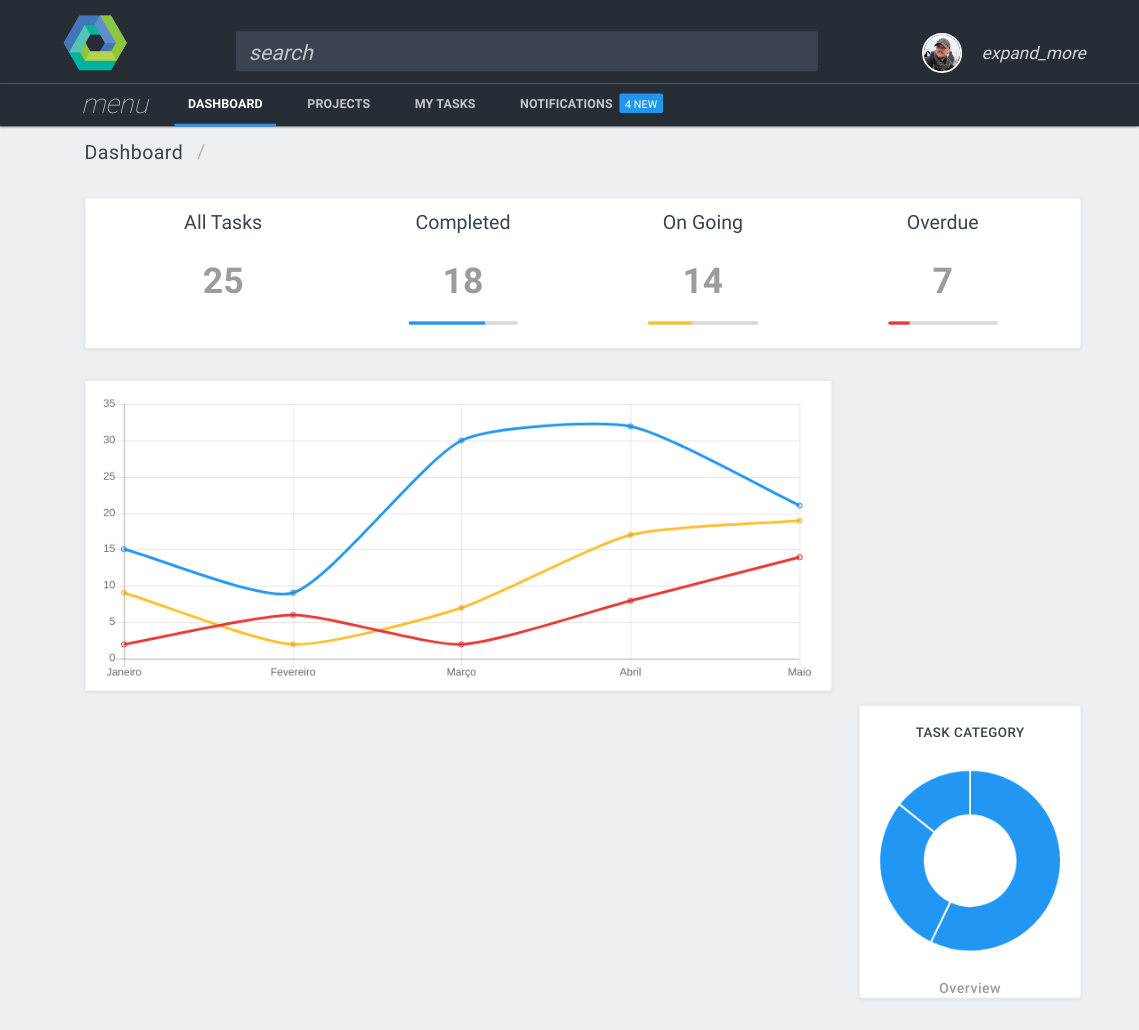
Repository: RenanChagas/ProjectManagement
Page: http://localhost/finalproject/WEB-INF/views/dashboard.jsp
An editor plug-in stored every save of this project. The page is shown before and after the next save, followed by the edit.
The browser window is 1280 px wide. The pictures show the whole page, at 89% of full size.
The page is served by Tomcat 9. Nobody is signed in. Other server files are loaded and not shown. The template is opened directly, without the code that normally fills it, so the values that code supplies are empty.

Above is the page before, as saved 2017-08-27 19:27:27.

### finalproject/src/main/webapp/WEB-INF/views/dashboard.jsp
<%@ page language="java" contentType="text/html; charset=ISO-8859-1" pageEncoding="ISO-8859-1"%>
<%@ taglib prefix="c" uri="http://java.sun.com/jsp/jstl/core"%>
<%@ taglib prefix="form" uri="http://www.springframework.org/tags/form"%>
<%@ taglib prefix="t" uri="http://www.springframework.org/tags"%>

<!DOCTYPE html>
<html lang="en">
<head>
  <meta http-equiv="Content-Type" content="text/html; charset=UTF-8"/>
  <meta name="viewport" content="width=device-width, initial-scale=1, maximum-scale=1.0"/>
  <title>Course Management</title>

  <!-- CSS  -->
  <link href="https://fonts.googleapis.com/icon?family=Material+Icons" rel="stylesheet">
  <link type="text/css" rel="stylesheet" media="screen,projection" href="<c:url value='/static/css/materialize.css' />"/>
  <link type="text/css" rel="stylesheet" media="screen,projection" href="<c:url value='/static/css/custom-css.css' />"/>

  <!--  Scripts-->
  <script src="<c:url value="/static/js/jquery-2.1.1.min.js" />"></script>
  <script src="<c:url value="/static/js/materialize.js" />"></script>
  <script src="<c:url value="/static/js/Chart.js" />"></script>
  <script src="<c:url value="/static/js/menu.js" />"></script>

  <!-- Website Logo -->
  <link rel="icon" href="<c:url value="/static/images/default/logo.png"/>">

</head>
<body>

	<!-- NAV TOP  -->
	<nav id="logo_nav" class="MDC-navbar-style MDC-shadow-0 hide-on-small-and-down">
    	<div class="nav-wrapper MDC-nav-margin">
    		<!--  NAV CONTAINER -->
      		<div class="row MDC-nav-top-container ">

        	<!-- Logo -->
        	<div class="col s12 m3 l2">
          		<div class="MDC-nav-logo-position">
          			<img src="<c:url value="/static/images/default/logo.png"/>" class="MDC-nav-logo-size"/>
          		</div>
        	</div>

        	<!-- Search -->
        	<div class="col s12 m7 l7">
          		<div class="MDC-nav-search-position">
            	<form>
              		<div class="input-field">
                		<input id="search" type="search" class="MDC-nav-search-focus" required>
                		<label class="label-icon" for="search"><i class="material-icons MDC-nav-search-focus">search</i></label>
                  		<i class="material-icons MDC-nav-search-focus">close</i>
              		</div>
            	</form>
          		</div>
        	</div>

        	<!-- Avatar -->
        	<div class="col s12 m2 l3">
          		<div class="MDC-nav-account-position">
	            	<!-- Dropdown Trigger -->
	            	<a class="dropdown-button " data-beloworigin="true"
	               		href='#' data-activates='account-dropdown'>
	               		<div class="MDC-nav-account-option-position hide-on-med-and-down">
	                		 <i class="material-icons MDC-icon-small MDC-color-grey-light">expand_more</i>
	               		</div>
	               		<span class="MDC-login-text MDC-nav-account-text-position
	               					MDC-color-grey-light hide-on-med-and-down">
	                 	${user.username}
	               		</span>
	               		<img src="<c:url value="/static/images/users/renanchagasw/renanchagasw.png"/>"
	               				class="MDC-avatar-circle-small mdc-nav-avatar-position"/>
	            	</a>
	            	<!-- Dropdown Structure -->
	            	<ul id='account-dropdown' class='dropdown-content MDC-nav-account-dropdown-position'>
	              		<li><a id="profile" class="modal-trigger MDC-color-grey-dark-2 MDC-font-15" href="profile">Profile</a></li>
	              		<li><a class="MDC-color-grey-dark-2 MDC-font-15" href="#!">Report a Problem</a></li>
	              		<li class="divider"></li>
	              		<li><a class="MDC-color-grey-dark-2 MDC-font-15" href="logout">Logout</a></li>
	            	</ul>
          		</div>
        	</div>

			</div>
			<!--  NAV CONTAINER - END-->
		</div>
	</nav>
	<!-- NAV TOP - END -->

  <!-- NAV MENU  -->
  <div class="MDC-menu-fullWidth">
    <div class="MDC-shadow-bottom">
      <header class="MDC-shadow-bottom">
        <nav id="menu_nav" class="MDC-navbar-menu-size MDC-navbar-style MDC-shadow-0 MDC-nav-margin">
          <div class="nav-wrapper MDC-nav-margin MDC-left">
            <!-- MENU ROW -->
            <div class="row">
              <div class="col">
                <div class="MDC-nav-menu-container">

                  <ul id="nav-mobile" class="MDC-nav-menu-ul left left-align">
                    <a href="#" id="mobile-icon" onclick="openNav()" class="left MDC-padding-mobile-0
                    MDC-hover-none">
                      <i class="material-icons MDC-nav-tabs-icon MDC-color-grey-light">
                        menu
                      </i>
                    </a>
                    <li class="MDC-navbar-menu"><a class="active MDC-navbar-active" href="dashboard">Dashboard</a></li>
                    <li class="MDC-navbar-menu"><a href="#!">Projects</a></li>
                    <li class="MDC-navbar-menu"><a href="#!">My Tasks</a></li>
                    <li class="MDC-navbar-menu"><a  href="#!">Notifications
                      <span class="new badge MDC-notification-badge-style" data-badge-caption="">
                        <font class="MDC-font-weight-400">4 NEW</font>
                      </span>
                      </a>
                    </li>
                  </ul>
                  <div id="mySidenav" class="MDC-sidenav">
                    <a href="javascript:void(0)" class="MDC-closebtn" onclick="closeNav()">x</a>
                    <a href="#">About</a>
                    <a href="#">Services</a>
                    <a href="#">Clients</a>
                    <a href="#">Contact</a>
                  </div>

                </div>
              </div>
            </div>
            <!-- MENU ROW - END -->
          </div>
        </nav>
      </header>
    </div>
  </div>
  <!-- NAV MENU - END -->

  <!-- TITLE PAGE -->
  <div class="row  MDC-page-center MDC-page-container">
    <div class="col MDC-padding-0 left">
      <div class="MDC-page-title-size">
        <font class="MDC-h5-style MDC-color-grey-dark-2 MDC-display-inline">Dashboard</font>
        <font class="MDC-h5-style MDC-color-grey-light-2 MDC-display-inline MDC-relative
                     MDC-news-counterBar-position">/
        </font>
        <font class="MDC-h5-style MDC-color-blue MDC-display-inline">${user.username}</font>

      </div>
    </div>
  </div>
  <!-- TITLE PAGE - END -->

  <!-- RESUME CONTAINER -->
  <div class="MDC-page-center MDC-page-container">
    <!-- RESUME CONTENT -->
    <div class="row MDC-page-margin-top">
      <div class="col l12 MDC-padding-0 MDC-margin-right40">
        <div class="MDC-card MDC-dashboard-card-size">
          <div class="MDC-card-news-container">

            <!-- All Courses -->
            <div class="col l3">
              <div class="row center">
                <font class="MDC-font-22 MDC-color-grey-dark-2">
                  All Tasks
                </font>
              </div>
              <div class="row center">
                <font class="MDC-font-60 MDC-font-bold MDC-color-grey">
                  25
                </font>
              </div>
            </div>

            <!-- Completed Courses -->
            <div class="col l3">
              <div class="row center">
                <font class="MDC-font-22 MDC-color-grey-dark-2">
                  Completed
                </font>
              </div>
              <div class="row center">
                <font class="MDC-font-60 MDC-font-bold MDC-color-grey ">
                  18
                </font>
                <div class="progress MDC-progressBar-50 MDC-margin-0 MDC-top15 MDC-background-grey-light">
                  <div class="determinate" style="width: 70%"></div>
                </div>
              </div>
            </div>

            <!-- Missing Courses -->
            <div class="col l3">
              <div class="row center">
                <font class="MDC-font-22 MDC-color-grey-dark-2">
                  On Going
                </font>
              </div>
              <div class="row center">
                <font class="MDC-font-60 MDC-font-bold MDC-color-grey ">
                  14
                </font>
                <div class="progress MDC-progressBar-50 MDC-margin-0 MDC-top15 MDC-background-grey-light">
                  <div class="determinate yellow darken-2" style="width: 40%"></div>
                </div>
              </div>
            </div>

            <!-- Overdue Courses -->
            <div class="col l3">
              <div class="row center">
                <font class="MDC-font-22 MDC-color-grey-dark-2">
                  Overdue
                </font>
              </div>
              <div class="row center">
                <font class="MDC-font-60 MDC-font-bold MDC-color-grey ">
                  7
                </font>
                <div class="progress MDC-progressBar-50 MDC-margin-0 MDC-top15 MDC-background-grey-light">
                  <div class="determinate red darken-1" style="width: 20%"></div>
                </div>
              </div>
            </div>

          </div>
        </div>
      </div>
    </div>
    <!-- RESUME CONTENT - END -->

    <!-- Graphics -->
    <div class="row">
      <div class="col l9 MDC-padding-0 MDC-margin-right40">
        <div class="MDC-card MDC-dashboardGraphics-card-size">
          <div class="MDC-card-news-container">

            <div>
                <canvas class="MDC-margin-top20" id="chartjs-0" width="100" height="320"></canvas>
            </div>
            <script>
            new Chart(document.getElementById("chartjs-0"), {
              type: 'line',
              data: {
                labels: ["Janeiro", "Fevereiro", "Março", "Abril", "Maio"],
                datasets: [
                  {
                    label: "Tasks Completed",
                    borderColor: "#2196F3",
                    data: [15,9,30,32,21],
                    fill: false,
                    lineTension: 0.2
                  },
                  {
                    label: "Tasks Ovedue",
                    borderColor: "#e53935",
                    data: [2,6,2,8,14],
                    fill: false,
                    lineTension: 0.2
                  },
                  {
                    label: "Tasks On Going",
                    borderColor: "#fbc02d",
                    data: [9,2,7,17,19],
                    fill: false,
                    lineTension: 0.2
                  }
                ]
              },
              "options":{
                "legend": {
                  display: false
                },
                "responsive": true,
                "maintainAspectRatio": false,
                "scales": {
                  "xAxes": [{
                            "gridLines": {
                              display:true
                            }
                  }],
                  "yAxes": [{
                            "gridLines": {
                              display:true
                            }
                            }]
                  }
              }
            });

            </script>

          </div>
        </div>
      </div>

      <!-- Courses -->
      <div class="col MDC-padding-0 right">
        <div class="MDC-card MDC-course-card-size">

          <!-- Task Title -->
          <div class="row center MDC-margin-top10">
            <font class="truncate MDC-font-15 MDC-color-grey-dark-2 MDC-font-h1">
                Task Category
              </font>
          </div>

          <!-- Image -->
          <a href="#">
            <div class="row center MDC-margin-top20">

              <div class="MDC-margin-right20 MDC-margin-left20">
                  <canvas class="MDC-margin-top20 center" id="chartjs-doughnut" width="10" height="10"></canvas>
              </div>
              <script>
              new Chart(document.getElementById("chartjs-doughnut"), {
                type: 'doughnut',
                data: {
                  labels: ["Documentation", "Programming", "Test"],
                  datasets: [ {
                    data: [
                      40,
                      20,
                      10
                    ],
                    backgroundColor: [
                    "#2196F3",
                    "#2196F3",
                    "#2196F3",
                    ],
                    label: ""
                  }]
                },
                "options":{
                  "legend": {
                    display: false,
                    position: "bottom"
                  },
                  animation: {
                  animateScale: true,
                  animateRotate: true
                  }
                }
              });

              </script>
              <!--
              <img src="images/temp/man-profile-circle-4.png"
                class="MDC-avatar-circle-large MDC-shadow-default"/> -->
            </div>
          </a>

          <!-- Task Description -->
          <div class="row center MDC-margin-bottom-10">
            <font class="truncate MDC-font-16-2 MDC-color-grey MDC-font-h1
                        MDC-uppercase-none">
               Overview
            </font>
          </div>

        <!-- CARD END -->
        </div>
      </div>
      <!-- Courses END -->


    </div>


  </div>
  <!-- RESUME CONTAINER - END -->

</body>
</html>

Loaded but not shown: finalproject/src/main/webapp/static/css/materialize.css (library); finalproject/src/main/webapp/static/js/jquery-2.1.1.min.js (library); finalproject/src/main/webapp/static/js/materialize.js (library); finalproject/src/main/webapp/static/js/Chart.js (library); finalproject/src/main/webapp/static/js/menu.js (49 lines, source omitted); finalproject/src/main/webapp/static/css/custom-css.css (1593 lines, source omitted)

After the next save:
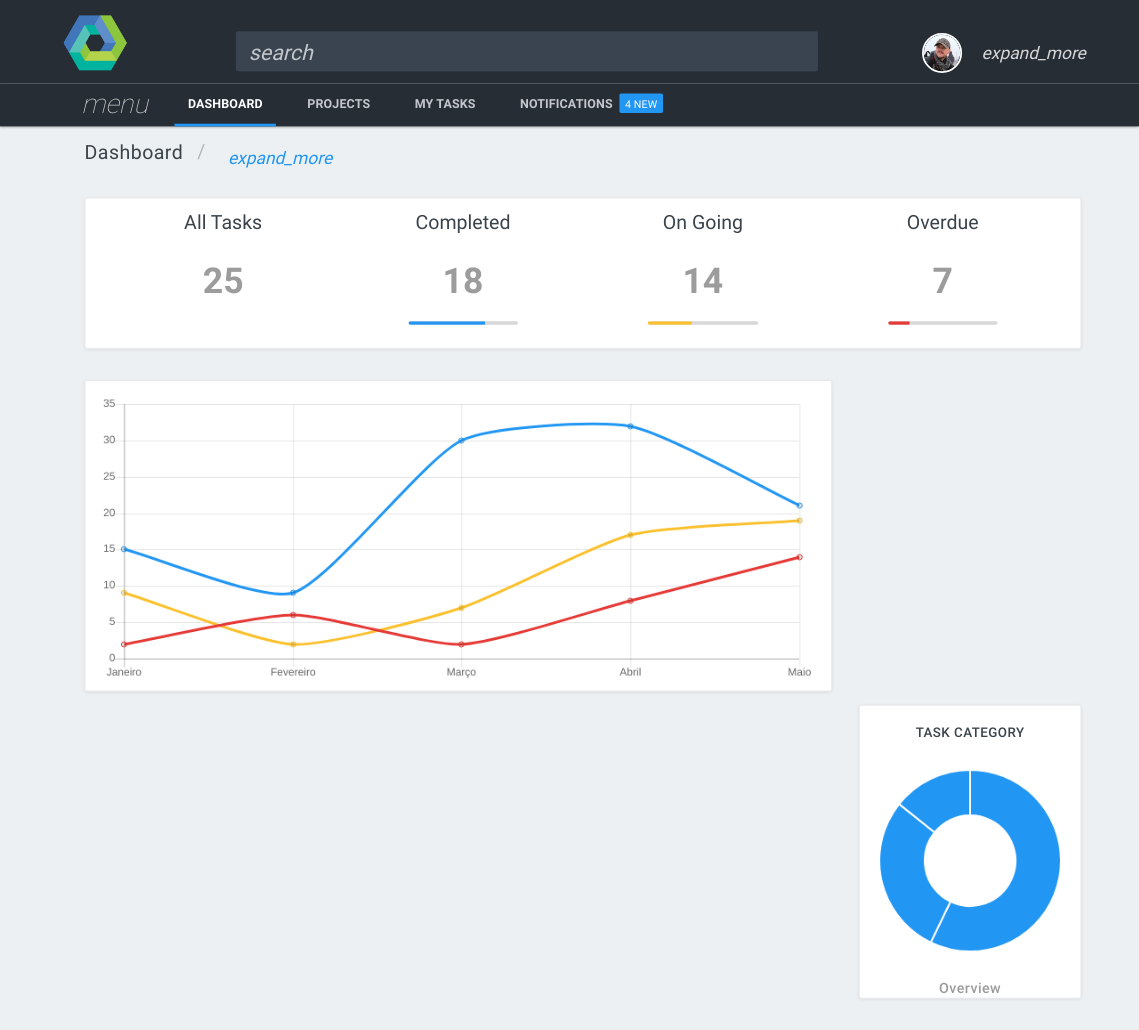
Saved 3 min 38 s later.
--- a/finalproject/src/main/webapp/WEB-INF/views/dashboard.jsp
+++ b/finalproject/src/main/webapp/WEB-INF/views/dashboard.jsp
@@ -141,6 +141,8 @@
                      MDC-news-counterBar-position">/
         </font>
         <font class="MDC-h5-style MDC-color-blue MDC-display-inline">${user.username}</font>
+        <i class="material-icons MDC-icon-small MDC-color-blue
+                  MDC-news-expand-icon-position MDC-relative">expand_more</i>
 
       </div>
     </div>
